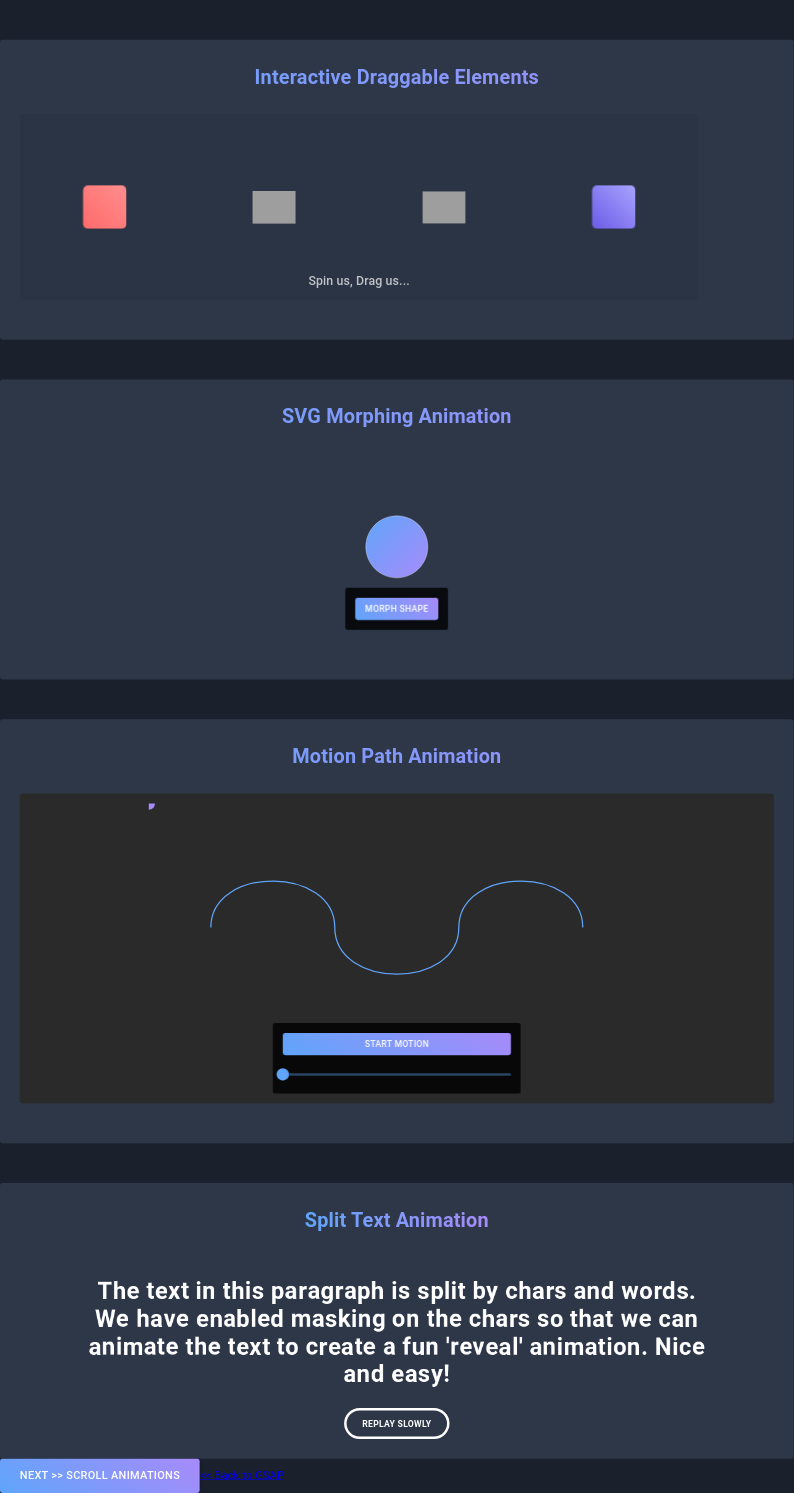
Repository: KovacsViktor/payloadcms-gsap-poc
Page: /gsap/demo
An editor plug-in stored every save of this project. The page is shown before and after the next save, followed by the edit.
The browser window is 1280 px wide. The pictures show the whole page, at 62% of full size.
Pictures or frames that could not be fetched are drawn as grey boxes. The project was rebuilt for these pictures with package versions that can differ from the ones it lists, and the page was loaded fresh each time. The framework's server and built-in components were replaced by stand-ins that run in the browser. Also part of the build but not shown: next.config.mjs, src/app/(frontend)/styles.css.

Above is the page before, as saved 2025-05-19 20:49:56.

### src/app/(frontend)/layout.tsx
import React from 'react'
import './styles.css'
import ThemeRegistry from '@/theme/ThemeRegistry'

export const metadata = {
  description: 'A blank template using Payload in a Next.js app.',
  title: 'Payload Blank Template',
}

export default async function RootLayout(props: { children: React.ReactNode }) {
  const { children } = props

  return (
    <html lang="en">
      <body>
        <ThemeRegistry>
          <main>{children}</main>
        </ThemeRegistry>
      </body>
    </html>
  )
}

### src/app/(frontend)/gsap/demo/page.tsx
import GSAPDraggable from "./GSAPDraggable";
import GSAPMorphSVG from "./GSAPMorphSVG";
import GSAPMotionPath from "./GSAPMotionPath";
import GSAPSplitText from "./GSAPSplitText";
import NextLink from 'next/link';
import { Button } from '@mui/material';


export default function GSAPDemoPage() {

    return (
        <>
            <GSAPDraggable />
            <GSAPMorphSVG />
            <GSAPMotionPath />
            <GSAPSplitText />
            <NextLink href="/gsap/scroll">
               {'<<'} Back to GSAP
          </NextLink>
        </>
    )
}

### src/theme/ThemeRegistry.tsx
'use client';

import { ThemeProvider, createTheme } from '@mui/material/styles';
import CssBaseline from '@mui/material/CssBaseline';
import { useEffect, useState } from 'react';

const theme = createTheme({
  palette: {
    mode: 'dark',
    primary: {
      main: '#60a5fa',
    },
    secondary: {
      main: '#a78bfa',
    },
    background: {
      default: '#1a202c',
      paper: '#2d3748',
    },
  },
  typography: {
    h1: {
      fontSize: '3rem',
      fontWeight: 'bold',
      background: 'linear-gradient(to right, #60a5fa, #a78bfa)',
      WebkitBackgroundClip: 'text',
      backgroundClip: 'text',
      color: 'transparent',
    },
    body1: {
      fontSize: '1.125rem',
      lineHeight: 1.75,
      color: '#e2e8f0',
    },
  },
  components: {
    MuiCssBaseline: {
      styleOverrides: {
        body: {
          scrollbarColor: "#6b6b6b #2b2b2b",
          "&::-webkit-scrollbar, & *::-webkit-scrollbar": {
            backgroundColor: "#2b2b2b",
          },
          "&::-webkit-scrollbar-thumb, & *::-webkit-scrollbar-thumb": {
            borderRadius: 8,
            backgroundColor: "#6b6b6b",
            minHeight: 24,
            border: "3px solid #2b2b2b",
          },
          "&::-webkit-scrollbar-thumb:focus, & *::-webkit-scrollbar-thumb:focus": {
            backgroundColor: "#959595",
          },
        },
      },
    },
  },
});

export default function ThemeRegistry({ children }: { children: React.ReactNode }) {
  const [mounted, setMounted] = useState(false);

  useEffect(() => {
    setMounted(true);
  }, []);

  if (!mounted) {
    return <>{children}</>;
  }

  return (
    <ThemeProvider theme={theme}>
      <CssBaseline />
      {children}
    </ThemeProvider>
  );
}

### src/app/(frontend)/gsap/demo/GSAPDraggable.tsx
'use client';

import { useRef } from 'react';
import gsap from 'gsap';
import { Draggable } from 'gsap/Draggable';
import { InertiaPlugin } from 'gsap/InertiaPlugin';
import { useGSAP } from "@gsap/react";
import { styled } from '@mui/material/styles';
import {
  Typography,
  Box,
  TypographyProps,
} from '@mui/material';

gsap.registerPlugin(useGSAP, Draggable, InertiaPlugin);

const PlaygroundBox = styled(Box)(({ theme }) => ({
  marginTop: theme.spacing(8),
  padding: theme.spacing(4),
  background: theme.palette.background.paper,
  borderRadius: theme.shape.borderRadius,
  position: 'relative',
  overflow: 'hidden',
  minHeight: '400px',
}));

const StyledTitle = styled(Typography)<TypographyProps>(({ theme }) => ({
  fontSize: '2rem',
  fontWeight: 'bold',
  textAlign: 'center',
  marginBottom: theme.spacing(4),
  background: 'linear-gradient(to right, #60a5fa, #a78bfa)',
  WebkitBackgroundClip: 'text',
  backgroundClip: 'text',
  color: 'transparent',
}));

const Container = styled(Box)(({ theme }) => ({
  position: 'relative',
  width: '90%',
  height: '300px',
  display: 'flex',
  alignItems: 'center',
  justifyContent: 'space-around',
  borderRadius: theme.shape.borderRadius,
  background: 'rgba(0, 0, 0, 0.05)',
  marginBottom: theme.spacing(4),
}));

const Wrapper = styled(Box)({
  display: 'flex',
  alignItems: 'center',
  justifyContent: 'center',
});

const Flair = styled(Box)({
  cursor: 'pointer',
  width: '70px',
  height: '70px',
  maxHeight: '15vh',
  maxWidth: '15vh',
  backgroundSize: 'contain',
  backgroundRepeat: 'no-repeat',
  backgroundPosition: 'center',
  transition: 'box-shadow 0.3s ease, transform 0.3s ease',
  '&.dragging': {
    boxShadow: '0 10px 20px rgba(0,0,0,0.2)',
    transform: 'scale(1.1)',
    zIndex: 1,
  }
});

const Flair1 = styled(Flair)({
  background: 'linear-gradient(45deg, #FF6B6B, #FF8E8E)',
  borderRadius: '8px',
});

const Flair3b = styled(Flair)({
  backgroundImage: 'url(https://assets.codepen.io/16327/ui-flair-2.png)',
});

const Flair4b = styled(Flair)({
  backgroundImage: 'url(https://assets.codepen.io/16327/ui-flair-4.png)',
});

const FlairThrow = styled(Flair)({
  background: 'linear-gradient(45deg, #6C5CE7, #A8A4FF)',
  borderRadius: '8px',
});

const Subtitle = styled(Typography)(({ theme }) => ({
  position: 'absolute',
  width: '100%',
  left: 0,
  right: 0,
  bottom: theme.spacing(2),
  textAlign: 'center',
  pointerEvents: 'none',
  color: theme.palette.text.secondary,
}));

export default function GSAPDraggable() {
  const containerRef = useRef<HTMLDivElement>(null);
  const flair1Ref = useRef<HTMLDivElement>(null);
  const flair3bRef = useRef<HTMLDivElement>(null);
  const flair4bRef = useRef<HTMLDivElement>(null);
  const flairThrowRef = useRef<HTMLDivElement>(null);

  const { contextSafe } = useGSAP({ scope: containerRef });

  const initDraggables = contextSafe(() => {
    if (!containerRef.current || !flair1Ref.current || !flair3bRef.current ||
        !flair4bRef.current || !flairThrowRef.current) return;

    const commonConfig = {
      onDragStart: function(this: Draggable) {
        gsap.to(this.target, {
          scale: 1.1,
          boxShadow: '0 10px 20px rgba(0,0,0,0.2)',
          duration: 0.3,
          ease: "power2.out"
        });
      },
      onDragEnd: function(this: Draggable) {
        gsap.to(this.target, {
          scale: 1,
          boxShadow: 'none',
          duration: 0.3,
          ease: "power2.out"
        });
      }
    };

    Draggable.create(flair1Ref.current, {
      type: "x",
      bounds: containerRef.current,
      ...commonConfig
    });

    Draggable.create(flair3bRef.current, {
      type: "rotation",
      inertia: true,
      ...commonConfig
    });

    Draggable.create(flair4bRef.current, {
      bounds: containerRef.current,
      inertia: true,
      ...commonConfig
    });

    // Throwing functionality
    Draggable.create(flairThrowRef.current, {
      type: "x,y",
      bounds: containerRef.current,
      inertia: true,
      throwProps: true,
      ...commonConfig,
      onDragEnd: function(this: Draggable) {
        // Add a slight rotation based on throw velocity
        const velocity = gsap.getProperty(this.target, "velocity");
        const rotation = (velocity as number) * 0.1;
        gsap.to(this.target, {
          rotation: `+=${rotation}`,
          scale: 1,
          boxShadow: 'none',
          duration: 0.5,
          ease: "power2.out"
        });
      }
    });
  });

  useGSAP(() => {
    initDraggables();
  }, []);

  return (
    <PlaygroundBox>
      <StyledTitle component="h2">
        Interactive Draggable Elements
      </StyledTitle>

      <Container ref={containerRef}>
        <Wrapper>
          <Flair1 ref={flair1Ref} />
        </Wrapper>
        <Wrapper>
          <Flair3b ref={flair3bRef} />
        </Wrapper>
        <Wrapper>
          <Flair4b ref={flair4bRef} />
        </Wrapper>
        <Wrapper>
          <FlairThrow ref={flairThrowRef} />
        </Wrapper>
        <Subtitle variant="h6">
          Spin us, Drag us...
        </Subtitle>
      </Container>
    </PlaygroundBox>
  );
}

### src/app/(frontend)/gsap/demo/GSAPMotionPath.tsx
'use client';

import { useRef, useState } from 'react';
import gsap from 'gsap';
import { MotionPathPlugin } from "gsap/MotionPathPlugin";
import { useGSAP } from "@gsap/react";
import { styled } from '@mui/material/styles';
import {
  Typography,
  Box,
  TypographyProps,
  Button,
  Stack,
  Slider,
} from '@mui/material';

gsap.registerPlugin(useGSAP, MotionPathPlugin);

const PlaygroundBox = styled(Box)(({ theme }) => ({
  marginTop: theme.spacing(8),
  padding: theme.spacing(4),
  background: theme.palette.background.paper,
  borderRadius: theme.shape.borderRadius,
  position: 'relative',
  overflow: 'hidden',
  minHeight: '400px',
}));

const StyledTitle = styled(Typography)<TypographyProps>(({ theme }) => ({
  fontSize: '2rem',
  fontWeight: 'bold',
  textAlign: 'center',
  marginBottom: theme.spacing(4),
  background: 'linear-gradient(to right, #60a5fa, #a78bfa)',
  WebkitBackgroundClip: 'text',
  backgroundClip: 'text',
  color: 'transparent',
}));

const SVGContainer = styled(Box)(({ theme }) => ({
  width: '100%',
  height: '500px',
  display: 'flex',
  alignItems: 'center',
  justifyContent: 'center',
  position: 'relative',
  marginBottom: theme.spacing(4),
  background: '#2a2a2a',
  borderRadius: theme.shape.borderRadius,
  padding: theme.spacing(2),
}));

const ControlPanel = styled(Stack)(({ theme }) => ({
  position: 'absolute',
  bottom: theme.spacing(2),
  left: '50%',
  transform: 'translateX(-50%)',
  zIndex: 1,
  background: 'rgba(0, 0, 0, 0.8)',
  padding: theme.spacing(2),
  borderRadius: theme.shape.borderRadius,
  backdropFilter: 'blur(8px)',
  width: '80%',
  maxWidth: '400px',
}));

const MotionButton = styled(Button)(({ theme }) => ({
  minWidth: '120px',
  background: 'linear-gradient(45deg, #60a5fa, #a78bfa)',
  color: 'white',
  '&:hover': {
    background: 'linear-gradient(45deg, #3b82f6, #8b5cf6)',
  },
}));

const SVGWrapper = styled('svg')({
  width: '100%',
  height: '100%',
  maxWidth: '800px',
  margin: '0 auto',
  display: 'block',
  '& path': {
    fill: 'none',
    stroke: '#60a5fa',
    strokeWidth: 2,
  },
  '& circle': {
    fill: '#a78bfa',
  },
});

export default function GSAPMotionPath() {
  const svgRef = useRef<SVGSVGElement>(null);
  const objectRef = useRef<SVGCircleElement>(null);
  const pathRef = useRef<SVGPathElement>(null);
  const [isPlaying, setIsPlaying] = useState(false);
  const [progress, setProgress] = useState(0);
  const animationRef = useRef<gsap.core.Tween | null>(null);

  const { contextSafe } = useGSAP({ scope: svgRef });

  // Initialize the circle's position and create the animation
  useGSAP(() => {
    if (pathRef.current && objectRef.current) {
      animationRef.current = gsap.to(objectRef.current, {
        duration: 5,
        motionPath: {
          path: pathRef.current,
          align: pathRef.current,
          autoRotate: true,
          alignOrigin: [0.5, 0.5],
        },
        ease: "none",
        paused: true,
        onUpdate: () => {
          setProgress(gsap.getProperty(objectRef.current, "motionPath") as number * 100);
        }
      });
    }
  }, []);

  const animateAlongPath = contextSafe(() => {
    if (!isPlaying && animationRef.current) {
      animationRef.current.play();
      setIsPlaying(true);
    } else if (animationRef.current) {
      animationRef.current.pause();
      setIsPlaying(false);
    }
  });

  const handleSliderChange = contextSafe((event: Event, newValue: number | number[]) => {
    if (animationRef.current && typeof newValue === 'number') {
      animationRef.current.pause();
      setIsPlaying(false);
      animationRef.current.progress(newValue / 100);
      setProgress(newValue);
    }
  });

  return (
    <PlaygroundBox>
      <StyledTitle component="h2">
        Motion Path Animation
      </StyledTitle>

      <SVGContainer>
        <SVGWrapper ref={svgRef}>
          <path
            ref={pathRef}
            d="M100,200 C100,100 300,100 300,200 C300,300 500,300 500,200 C500,100 700,100 700,200"
          />
          <circle ref={objectRef} r="10" />
        </SVGWrapper>

        <ControlPanel direction="column" spacing={2}>
          <MotionButton
            onClick={animateAlongPath}
            variant="contained"
          >
            {isPlaying ? "Stop" : "Start"} Motion
          </MotionButton>
          <Slider
            value={progress}
            onChange={handleSliderChange}
            aria-label="Motion Progress"
            valueLabelDisplay="auto"
            valueLabelFormat={(value) => `${Math.round(value)}%`}
          />
        </ControlPanel>
      </SVGContainer>
    </PlaygroundBox>
  );
}

### src/app/(frontend)/gsap/demo/GSAPSplitText.tsx
'use client';

import { useRef, useState, useEffect } from 'react';
import gsap from 'gsap';
import { SplitText } from "gsap/SplitText";
import { useGSAP } from "@gsap/react";
import { styled } from '@mui/material/styles';
import {
  Typography,
  Box,
  TypographyProps,
  Button,
} from '@mui/material';
import NextLink from 'next/link';
gsap.registerPlugin(useGSAP, SplitText);

const PlaygroundBox = styled(Box)(({ theme }) => ({
  marginTop: theme.spacing(8),
  padding: theme.spacing(4),
  background: theme.palette.background.paper,
  borderRadius: theme.shape.borderRadius,
  position: 'relative',
  overflow: 'hidden',
  minHeight: '400px',
  display: 'flex',
  flexDirection: 'column',
  alignItems: 'center',
  justifyContent: 'center',
  gap: theme.spacing(4),
}));

const StyledTitle = styled(Typography)<TypographyProps>(({ theme }) => ({
  fontSize: '2rem',
  fontWeight: 'bold',
  textAlign: 'center',
  marginBottom: theme.spacing(4),
  background: 'linear-gradient(to right, #60a5fa, #a78bfa)',
  WebkitBackgroundClip: 'text',
  backgroundClip: 'text',
  color: 'transparent',
}));

const Container = styled(Box)(({ theme }) => ({
  maxWidth: '80vw',
  textAlign: 'center',
}));

const SplitTextWrapper = styled(Typography)(({ theme }) => ({
  opacity: 0,
  textAlign: 'center',
  color: theme.palette.text.primary,
  fontSize: 'clamp(2rem, 6rem, 3vw)',
  letterSpacing: '0.05rem',
  willChange: 'transform',
  '& *': {
    willChange: 'transform',
  },
}));

const ReplayButton = styled(Button)(({ theme }) => ({
  display: 'inline-block',
  outline: 'none',
  padding: '12px 25px',
  background: 'transparent',
  border: `solid 4px ${theme.palette.text.primary}`,
  color: theme.palette.text.primary,
  textDecoration: 'none',
  borderRadius: '99px',
  textTransform: 'uppercase',
  fontWeight: 600,
  cursor: 'pointer',
  lineHeight: '18px',
  '&:hover': {
    background: 'rgba(0, 0, 0, 0.05)',
  },
}));

const StyledButton = styled(Button)(({ theme }) => ({
  background: 'linear-gradient(45deg, #60a5fa, #a78bfa)',
  color: 'white',
  padding: theme.spacing(1.5, 4),
  fontSize: '1.1rem',
  '&:hover': {
    background: 'linear-gradient(45deg, #3b82f6, #8b5cf6)',
  },
}));

export default function GSAPSplitTextDemo() {
  const containerRef = useRef<HTMLDivElement>(null);
  const textRef = useRef<HTMLParagraphElement>(null);
  const [splitInstance, setSplitInstance] = useState<SplitText | null>(null);
  const [tween, setTween] = useState<gsap.core.Tween | null>(null);

  const { contextSafe } = useGSAP({ scope: containerRef });

  // Initialize the split text and animation
  useGSAP(() => {
    if (textRef.current) {
      // Set initial opacity
      gsap.set(textRef.current, { opacity: 1 });

      // Create split text instance
      const split = SplitText.create(textRef.current, {
        type: "chars, words",
        mask: "chars"
      });
      setSplitInstance(split);

      // Create the animation
      const newTween = gsap.from(split.chars, {
        duration: 0.6,
        yPercent: "random([-150, 150])",
        xPercent: "random([-150, 150])",
        stagger: {
          from: "random",
          amount: 0.6,
        },
        ease: "power3.out"
      });
      setTween(newTween);
    }
  }, []);

  const handleReplay = contextSafe(() => {
    if (tween) {
      tween.timeScale(0.5).play(0);
    }
  });

  return (
    <>
    <PlaygroundBox ref={containerRef}>
      <StyledTitle component="h2">
        Split Text Animation
      </StyledTitle>

      <Container>
        <SplitTextWrapper ref={textRef} variant="h1">
          The text in this paragraph is split by chars and words. We have enabled masking on the chars so that we can animate the text to create a fun 'reveal' animation. Nice and easy!
        </SplitTextWrapper>
      </Container>

      <ReplayButton
        onClick={handleReplay}
        variant="outlined"
      >
        Replay Slowly
      </ReplayButton>
    </PlaygroundBox>
    <NextLink href="/gsap/scroll">
      <StyledButton variant="contained">
        Next {'>>'} Scroll Animations
      </StyledButton>
    </NextLink>
  </>
  );
}

Loaded but not shown: src/app/(frontend)/gsap/demo/GSAPMorphSVG.tsx (164 lines, source omitted)

After the next save:
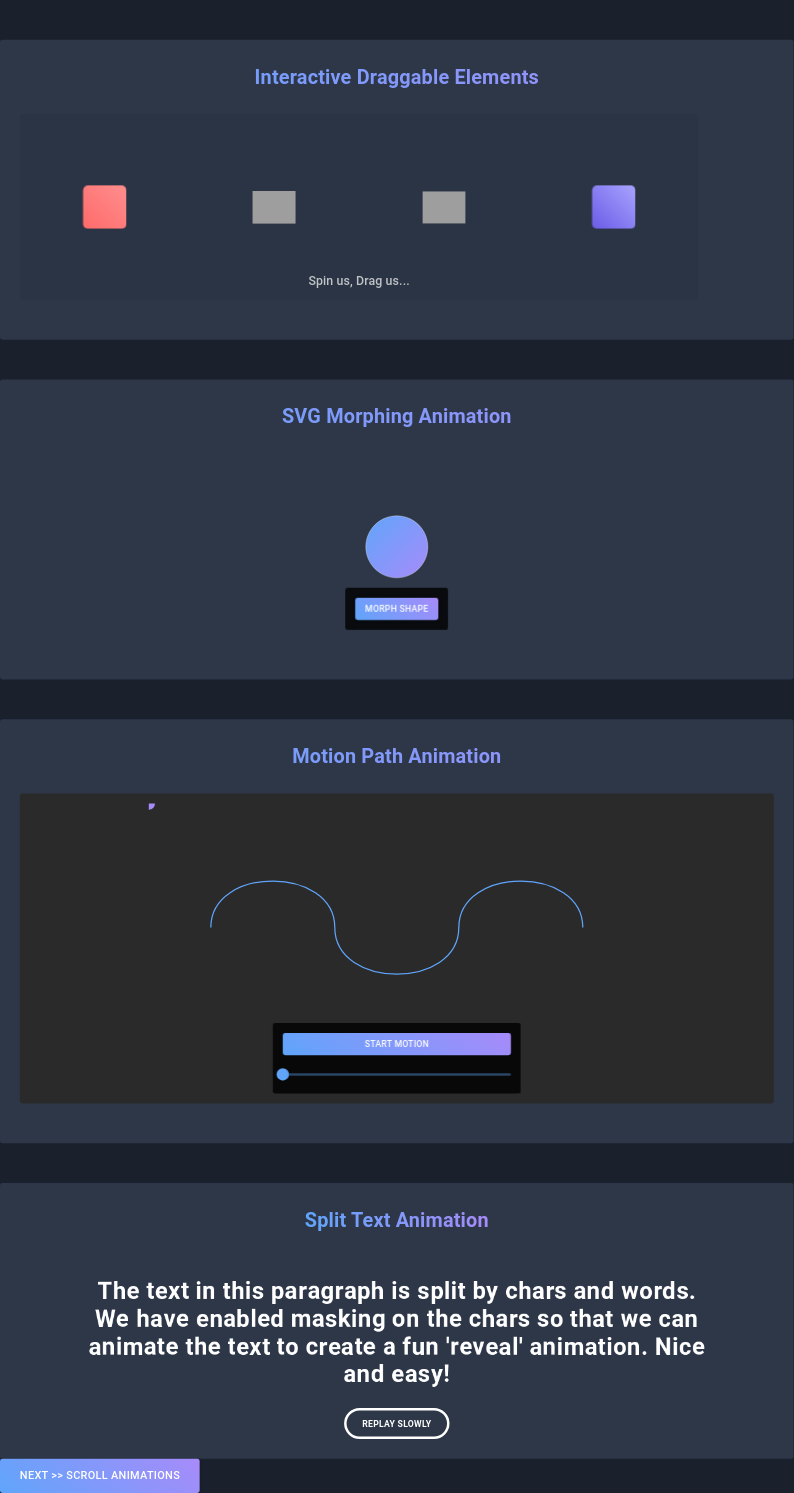
Saved 12 s later.
--- a/src/app/(frontend)/gsap/demo/page.tsx
+++ b/src/app/(frontend)/gsap/demo/page.tsx
@@ -14,9 +14,6 @@
             <GSAPMorphSVG />
             <GSAPMotionPath />
             <GSAPSplitText />
-            <NextLink href="/gsap/scroll">
-               {'<<'} Back to GSAP
-          </NextLink>
         </>
     )
 }
